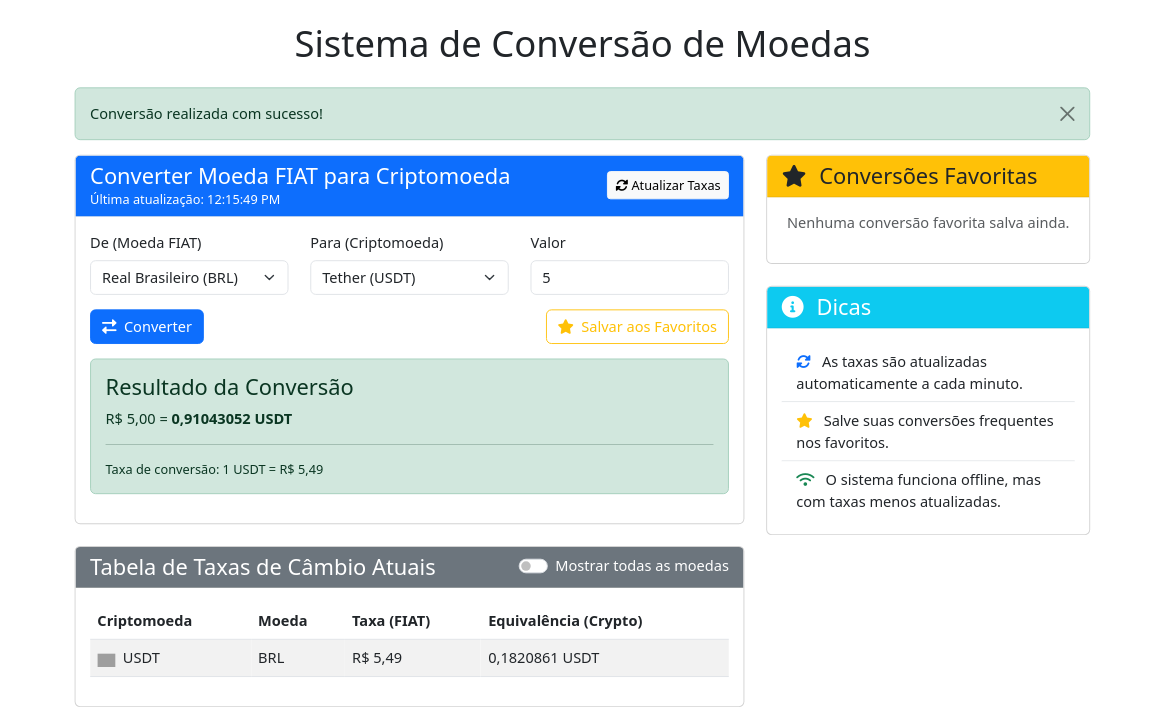
Repository: victorvilanova/crypto-convert-system
Page: index.html
These files come from the project's save history. The page is drawn as it stood at one moment and after the next save; the edit follows.
The browser window is 1280 px wide. The pictures show the whole page, at 91% of full size.
Empty fields were first filled with sample values (such as "Sample", 5 or name@example.com).
After loading, the first visible `#convertBtn` was clicked once.
Pictures or frames that could not be fetched are drawn as grey boxes.

Above is the page before, as saved 2025-04-10 22:11:16.

After the next save:
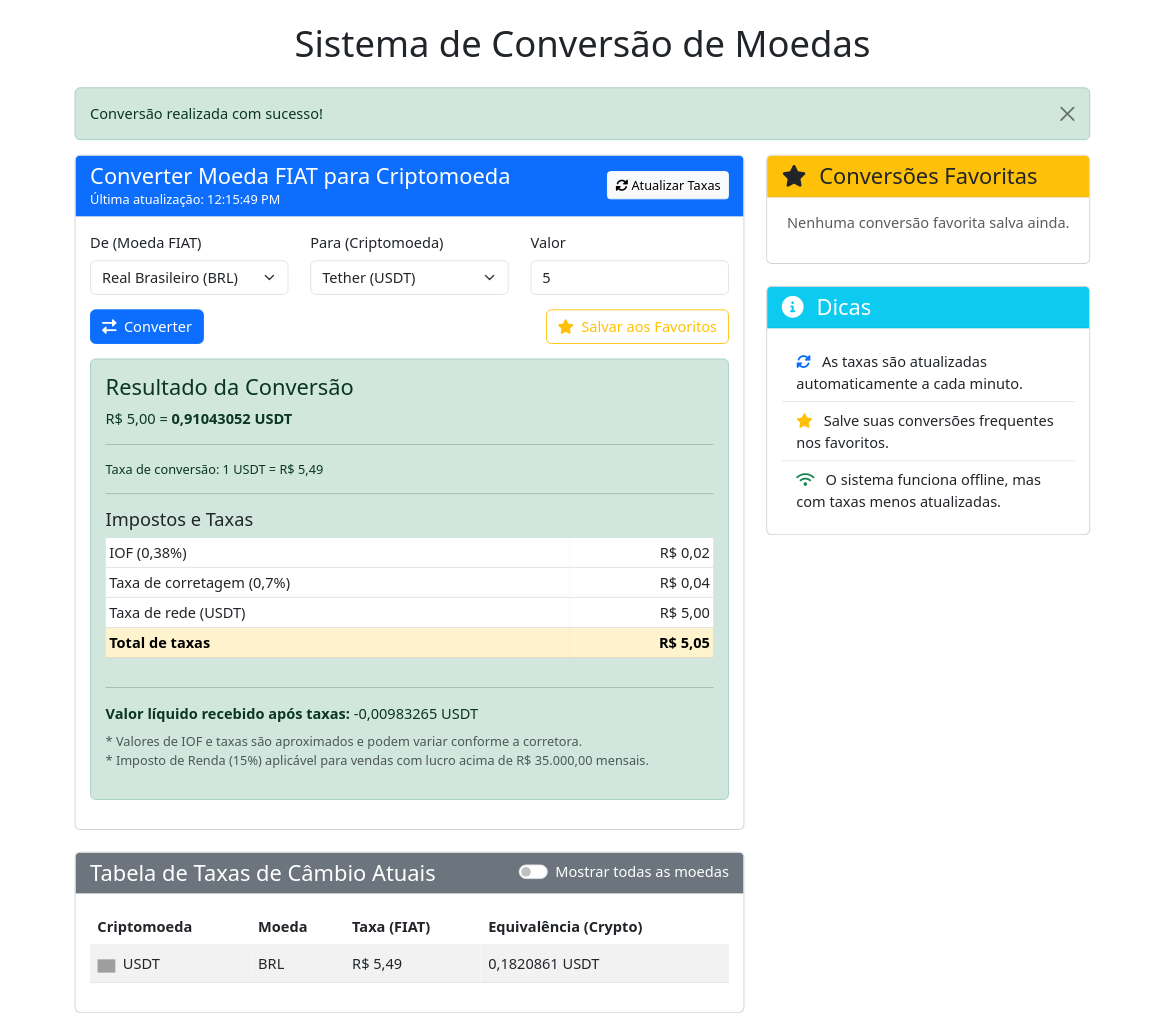
Saved 38 s later.
--- a/assets/js/ui/uiController.js
+++ b/assets/js/ui/uiController.js
@@ -10,6 +10,9 @@ const loadingContainer = document.getElementById('loading');
 const ratesTableBody = document.getElementById('ratesTableBody');
 const messageContainer = document.getElementById('message');
 
+// Importando o serviço de taxas
+import { calculateAllFeesAndTaxes } from '../services/taxesService.js';
+
 /**
  * Mostra a área de carregamento
  */
@@ -47,10 +50,23 @@ function displayResult(fromCurrency, toCrypto, amount, result) {
     resultContainer.style.display = 'block';
     errorContainer.style.display = 'none';
 
-    const formattedAmount = amount.toLocaleString('pt-BR', { style: 'currency', currency: fromCurrency });
-    const formattedResult = result.toLocaleString('pt-BR', { maximumFractionDigits: 8 });
-
-    resultContainer.innerHTML = `
+    // Calcular taxas e impostos brasileiros
+    const feesAndTaxes = calculateAllFeesAndTaxes(fromCurrency, toCrypto, amount, result);
+
+    const formattedAmount = amount.toLocaleString('pt-BR', {
+        style: 'currency',
+        currency: fromCurrency
+    });
+
+    const formattedResult = result.toLocaleString('pt-BR', {
+        maximumFractionDigits: 8
+    });
+
+    const formattedFinalAmount = feesAndTaxes.finalAmount.toLocaleString('pt-BR', {
+        maximumFractionDigits: 8
+    });
+
+    let resultHTML = `
         <div class="alert alert-success">
             <h4 class="alert-heading">Resultado da Conversão</h4>
             <p class="mb-0">
@@ -64,8 +80,61 @@ function displayResult(fromCurrency, toCrypto, amount, result) {
                     maximumFractionDigits: 2
                 })}
             </p>
-        </div>
     `;
+
+    // Adicionar seção de impostos e taxas apenas para conversões em BRL
+    if (fromCurrency === 'BRL') {
+        resultHTML += `
+            <hr>
+            <h5 class="text-dark">Impostos e Taxas</h5>
+            <div class="table-responsive">
+                <table class="table table-sm">
+                    <tbody>
+                        <tr>
+                            <td>IOF (0,38%)</td>
+                            <td class="text-end">${feesAndTaxes.iof.toLocaleString('pt-BR', {
+                                style: 'currency',
+                                currency: 'BRL'
+                            })}</td>
+                        </tr>
+                        <tr>
+                            <td>Taxa de corretagem (0,7%)</td>
+                            <td class="text-end">${feesAndTaxes.exchangeFee.toLocaleString('pt-BR', {
+                                style: 'currency',
+                                currency: 'BRL'
+                            })}</td>
+                        </tr>
+                        <tr>
+                            <td>Taxa de rede (${toCrypto})</td>
+                            <td class="text-end">${feesAndTaxes.networkFee.toLocaleString('pt-BR', {
+                                style: 'currency',
+                                currency: 'BRL'
+                            })}</td>
+                        </tr>
+                        <tr class="table-warning">
+                            <th>Total de taxas</th>
+                            <th class="text-end">${feesAndTaxes.totalInBRL.toLocaleString('pt-BR', {
+                                style: 'currency',
+                                currency: 'BRL'
+                            })}</th>
+                        </tr>
+                    </tbody>
+                </table>
+            </div>
+            <hr>
+            <p class="mb-0">
+                <strong>Valor líquido recebido após taxas:</strong> ${formattedFinalAmount} ${toCrypto}
+            </p>
+            <p class="small text-muted mt-2">
+                * Valores de IOF e taxas são aproximados e podem variar conforme a corretora.
+                <br>
+                * Imposto de Renda (15%) aplicável para vendas com lucro acima de R$ 35.000,00 mensais.
+            </p>
+        `;
+    }
+
+    resultHTML += `</div>`;
+    resultContainer.innerHTML = resultHTML;
 }
 
 /**
